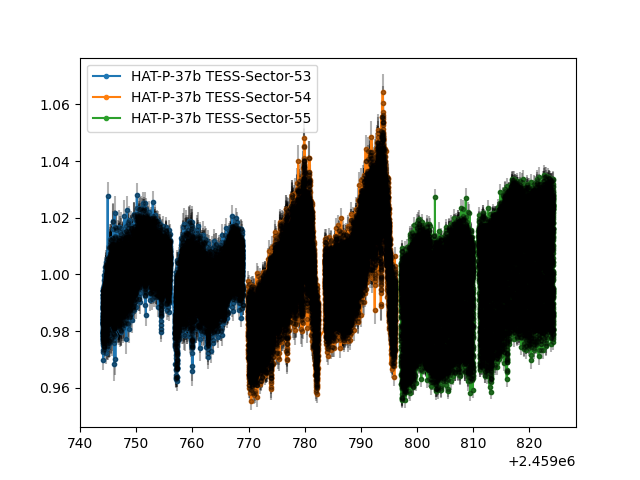
Repository: BoiseStatePlanetary/HAT-P-37-Transit-Timing-Analysis
Script's output: python code/tess_fitting.py
An editor plug-in stored every save of this project. The script's output is shown before and after the next save, followed by the edit.
Random numbers start from a fixed seed.

Above is the script's output before, as saved 2025-04-04 17:58:01.

### code/tess_fitting.py
import numpy as np
import os
import scipy
import matplotlib.pyplot as plt

## HAT-P-37 b system parameters
# known_ref_mid["HAT-P-37b"] = 2457938.84392#±0.00016
# known_period["HAT-P-37b"] = 2.79744256#±0.00000041 Kokori

def read_data_file(file_name):
    phot_data = np.loadtxt(file_name, delimiter=",", skiprows=1)
    # correct time from BTJD to BJD
    tess_zero_time = 2457000.
    bjd_tdb = tess_zero_time + phot_data[:,0]
    return {"BJD_TDB" : bjd_tdb,
            "flux" : phot_data[:, 1],
            "error" : phot_data[:, 2]}

def plot_data(file_name, color_dict):
    photdata = read_data_file(file_name)
    file_split = file_name.split("_")
    planet_name = file_split[-2]
    sector = file_split[-1].split(".")[0]
    plt.errorbar(photdata["BJD_TDB"], photdata["flux"], yerr=photdata["error"], color='k', marker='.', ls='none', alpha=0.3)
    plt.plot(photdata["BJD_TDB"], photdata["flux"], color=color_dict[sector], marker=".", label=f"{planet_name} {sector}")


if __name__ == "__main__":
    color_dict = {"TESS-Sector-53" : "C0",
                  "TESS-Sector-54" : "C1",
                  "TESS-Sector-55" : "C2"}

    name_53 = "code/HAT-P-37b/TESS/folded_before_smoothing_HAT-P-37b_TESS-Sector-53.tsv"
    name_54 = "code/HAT-P-37b/TESS/folded_before_smoothing_HAT-P-37b_TESS-Sector-54.tsv"
    name_55 = "code/HAT-P-37b/TESS/folded_before_smoothing_HAT-P-37b_TESS-Sector-55.tsv"
    plot_data(name_53, color_dict)
    plot_data(name_54, color_dict)
    plot_data(name_55, color_dict)
    plt.legend()
    plt.show()

Loaded but not shown: code/HAT-P-37b/TESS/folded_before_smoothing_HAT-P-37b_TESS-Sector-55.tsv (18235 lines, source omitted); code/HAT-P-37b/TESS/folded_before_smoothing_HAT-P-37b_TESS-Sector-54.tsv (17323 lines, source omitted); code/HAT-P-37b/TESS/folded_before_smoothing_HAT-P-37b_TESS-Sector-53.tsv (16691 lines, source omitted)

After the next save:
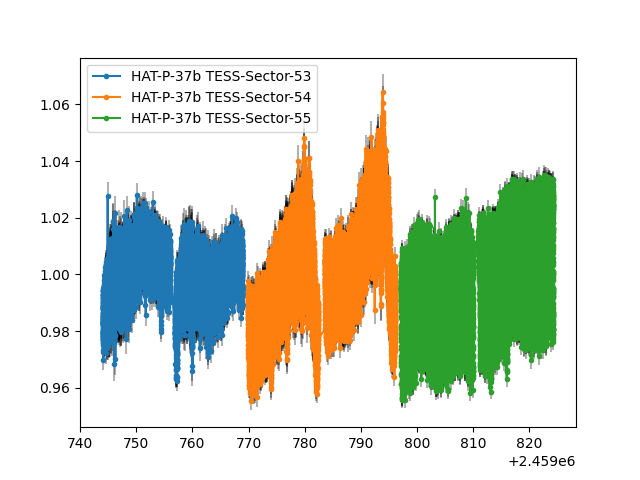
Saved 4 s later.
--- a/code/tess_fitting.py
+++ b/code/tess_fitting.py
@@ -21,7 +21,7 @@ def plot_data(file_name, color_dict):
     file_split = file_name.split("_")
     planet_name = file_split[-2]
     sector = file_split[-1].split(".")[0]
-    plt.errorbar(photdata["BJD_TDB"], photdata["flux"], yerr=photdata["error"], color='k', marker='.', ls='none', alpha=0.3)
+    plt.errorbar(photdata["BJD_TDB"], photdata["flux"], yerr=photdata["error"], color='k', marker='none', ls='none', alpha=0.3)
     plt.plot(photdata["BJD_TDB"], photdata["flux"], color=color_dict[sector], marker=".", label=f"{planet_name} {sector}")
 
 
